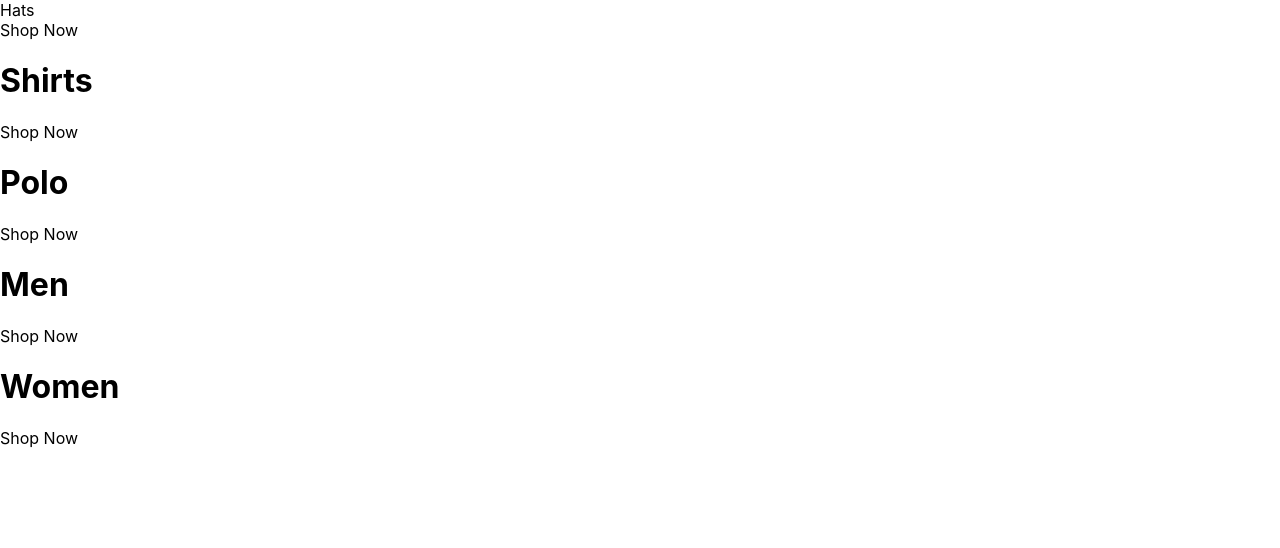
Repository: Syfon01/onestop
Page: /
These files come from the project's save history. The page is drawn as it stood at one moment and after a run of saves; the edit follows.
The browser window is 1280 px wide. The pictures show the whole page.
The project was rebuilt for these pictures with package versions that can differ from the ones it lists, and the page was loaded fresh each time. Also part of the build but not shown: src/App.css.

Above is the page before, as saved 2020-07-24 16:09:45.

After the next 5 saves:
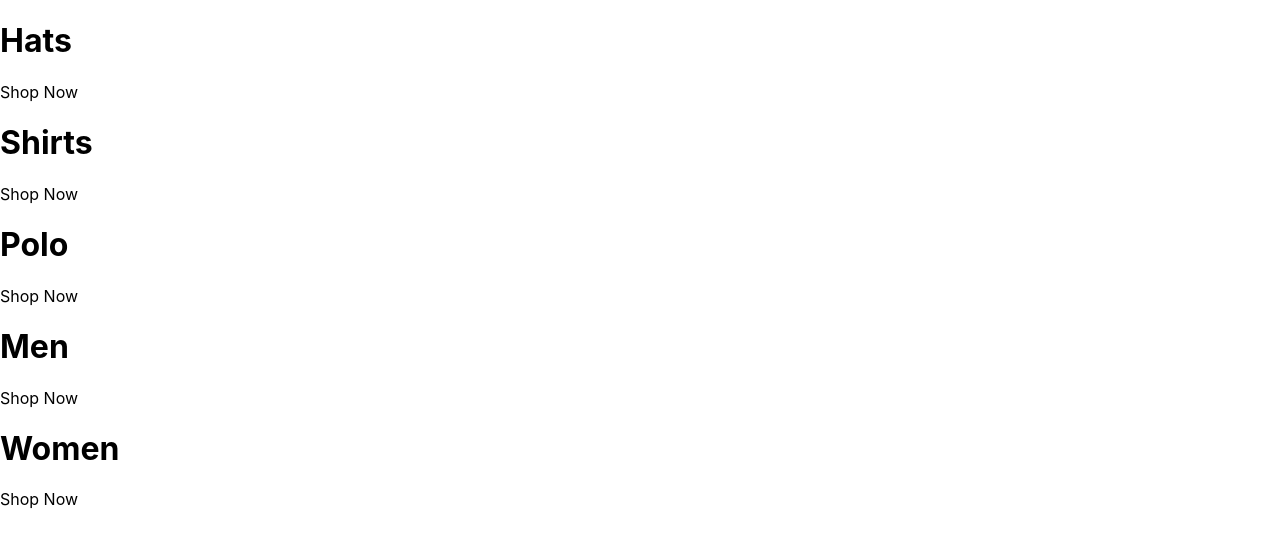
The 5 saves are shown as one change because 2 did not build or start and some came seconds apart.
The last was saved 20 s later.
--- a/src/Homepage.js
+++ b/src/Homepage.js
@@ -5,8 +5,8 @@ const HomePage = () => {
   <div className="homepage">
     <div className="menu-item">
       <div className="content">
-        <div className="title">Hats</div>
-        <div className="subtitle">Shop Now</div>
+        <h1 className="title">Hats</h1>
+        <span className="subtitle">Shop Now</span>
       </div>
     </div>
     <div className="menu-item">
